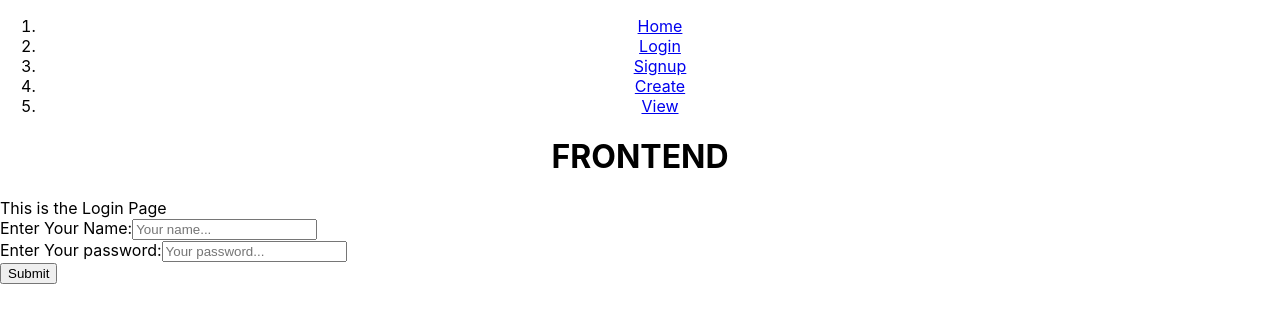
Repository: MikeTroianello/SuPro
Page: /login (app in frontend/)
The author's editor kept a copy of each file at every save. The page is drawn from the files as they stood at one save, then again after the next save.
The browser window is 1280 px wide. The pictures show the whole page.
The project was rebuilt for these pictures with package versions that can differ from the ones it lists, and the page was loaded fresh each time. A package was used in the major version that the imports need, not the one package.json lists. Also part of the build but not shown: frontend/src/components/Home.js, frontend/src/components/Signup.js, frontend/src/components/Create.js, frontend/src/components/View.js.

Above is the page before, as saved 2019-10-04 14:46:53.

After the next save:
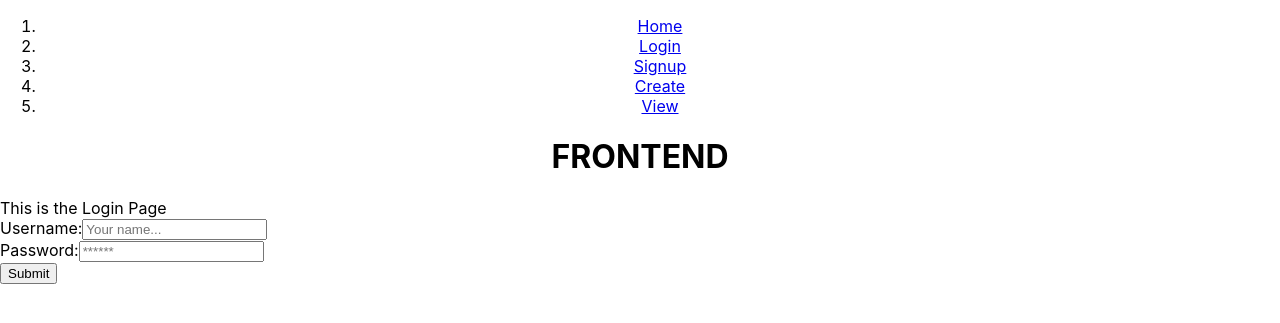
Saved 26 s later.
--- a/frontend/src/components/Login.js
+++ b/frontend/src/components/Login.js
@@ -7,7 +7,7 @@ export default class Login extends Component {
         This is the Login Page
         <form onSubmit={this.handleSubmit}>
           <div className='form-piece'>
-            <label htmlFor='name'>Enter Your Name:</label>
+            <label htmlFor='name'>Username:</label>
             <input
               name='name'
               placeholder='Your name...'
@@ -15,10 +15,10 @@ export default class Login extends Component {
             />
           </div>
           <div className='form-piece'>
-            <label htmlFor='password'>Enter Your password:</label>
+            <label htmlFor='password'>Password:</label>
             <input
               name='password'
-              placeholder='Your password...'
+              placeholder='******'
               type='password'
               onChange={this.handleChange}
             />
